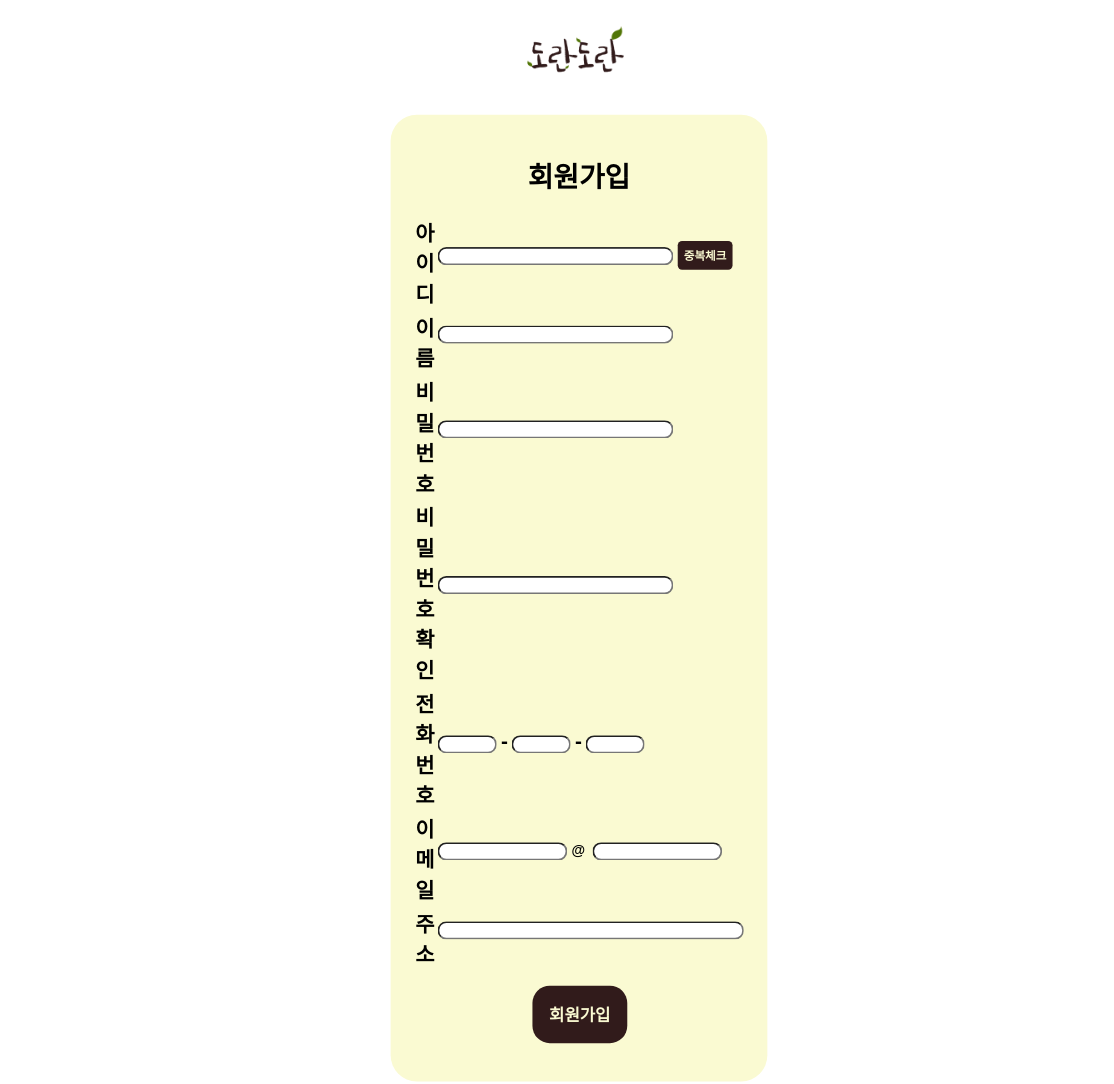
Repository: juhyun110701/DORANDORAN
Page: http://localhost/dorandoran/signup.jsp
The author's editor kept a copy of each file at every save. The page is drawn from the files as they stood at one save, then again after the next save.
The browser window is 1280 px wide. The pictures show the whole page, at 87% of full size.
Some web fonts or font styles are not loaded; a fallback is used. The page is served by Tomcat 9. Nobody is signed in. The application's start-up code is not run. Other server files are loaded and not shown.

Above is the page before, as saved 2019-07-21 12:23:15.

### dorandoran/WebContent/signup.jsp
<%@ page language="java" contentType="text/html; charset=UTF-8"
    pageEncoding="UTF-8" import="java.sql.*"%>
<%@ page import="doran.db.connection.DBConnection" %>
<!DOCTYPE html>
<html>
<head>
    <meta charset="UTF-8">
    <title>도란도란 : 회원가입</title>
    <link rel="stylesheet" href="css/signup.css">
    <link href="https://fonts.googleapis.com/css?family=Sunflower:300&display=swap" rel="stylesheet">
    <style>
    	.btn2{
    		background-color:#311b1b;
    		color:lightgoldenrodyellow;
    		border:0;
			outline:0;
			border-radius:5px;
			padding:2%;
    	}
    </style>
    <script>
	    var pattern1 = /[0-9]/;
	    var pattern2 = /[a-zA-Z]/;
	    var pattern3 = /[*!%@#^]/;
	    var pattern4=/[~\$<>&]/;
	    var pw_msg = "";

	    window.onload=function(){
			document.form.id.focus();
		}

	    function inputIdChk(){
	    	document.form.idDuplication.value="uncheck";
	    }

	    function idchk(inputid){
	    	if(document.form.id.value==""){
				alert("아이디를 입력해주세요");
				document.form.id.focus();
				return;
			}
	    	window.name="form";
	    	var popupX = (window.screen.width/2)-(400/2);
	    	var popupY= (window.screen.height/2)-(200/2);
	    	window.open("idDupChk.jsp?id="+document.form.id.value,"chkForm","width=400, height=200, resizable=no, scrollbars=no, left="+popupX+", top="+popupY);
	    }

	    function check(){
			if(document.form.id.value==""){
				alert("아이디를 입력해주세요");
				document.form.id.focus();
				return;
			}

			/*if(document.form.idDuplication.value=="uncheck"){
				alert("아이디 중복을 확인해주세요");
				return;
			}*/

			if(document.form.pw.value==""){
				alert("비밀번호를 입력해주세요");
				document.form.pw.focus();
				return;
			}
			if(document.form.pwchk.value==""){
				alert("비밀번호 확인란을 입력해주세요");
				document.form.pwchk.focus();
				return;
			}
			if(document.form.tel1.value=="" || document.form.tel2.value=="" || document.form.tel3.value==""){
				alert("전화번호를 입력해주세요");
				document.form.tel1.focus();
				return;
			}
			if(document.form.email1.value=="" || document.form.email2.value==""){
				alert("이메일을 입력해주세요");
				document.form.email1.focus();
				return;
			}
			if(pattern4.test(document.form.pw.value)){
				alert("특수문자는 *, !, %, @, #, ^만 사용이 가능합니다");
				return;
			}
			if(!pattern1.test(document.form.pw.value)||!pattern2.test(document.form.pw.value)||!pattern3.test(document.form.pw.value)||document.form.pw.value.length<8||document.form.pw.value.length>50){
	            alert("영문+숫자+특수기호 8자리 이상으로 구성하여야 합니다.");
	            return;
	        }
			if(document.form.pw.value !=document.form.pwchk.value){
				alert("비밀번호와 비밀번호 확인이 일치하지 않습니다");
				return;
			}

			document.forms['form'].submit();
		}//function check()
    </script>
</head>
<body onload="form.id.focus()">
<form name="form" action="signupProc.jsp" method="post">
    <table id="whole">
        <tr>
            <td width="47%"></td>
            <td width="12%"><a href="index.jsp"><img src="img/logo.png" width="80%"></a></td>
            <td width="41%"></td>
        </tr>
        <tr>
           <td colspan=3>
               <div id="box" align="center">
                   <h1>회원가입</h1>
                   <p/>
                   <table>
                      <tr>
                          <td>
                               <font size="5%">아이디</font>
                          </td>
                          <td>
                              <input type="text" name="id" class="text" size=30 onkeydown="inputIdChk()">
                              <input type="button" class="btn2" value="중복체크" onclick="idchk(this.form)"><p>
                              <!-- <input type="hidden" name="idDuplication" value="uncheck"> -->
                          </td>
                       </tr>
                       <tr>
                          <td>
                               <font size="5%">이름</font>
                          </td>
                          <td>
                              <input type="text" name="name" class="text" size=30><p>
                          </td>
                       </tr>
                       <tr>
                            <td>
                                <font size="5%">비밀번호</font>
                            </td>
                            <td>
                                <input type="password" name="pw" class="text" size=30><p>
                            </td>
                       </tr>
                       <tr>
                            <td>
                                <font size="5%">비밀번호 확인</font>
                            </td>
                            <td>
                                <input type="password" name="pwchk" class="text" size=30><p>
                            </td>
                       </tr>
                       <tr>
                            <td>
                                <font size="5%">전화번호</font>
                            </td>
                            <td>
                                <input type="tel" name="tel1" class="text" size=5> <font size="5%">-</font>
                                <input type="tel" name="tel2" class="text" size=5> <font size="5%">-</font>
                                <input type="tel" name="tel3" class="text" size=5><p>
                            </td>
                       </tr>
                       <tr>
                            <td>
                                <font size="5%">이메일</font>
                            </td>
                            <td>
                                <input type="email" name="email1" class="text" size=15><font size="3%">&nbsp;@&nbsp;</font>
                                <input type="email" name="email2" class="text" size=15><p>
                            </td>
                       </tr>
                       <tr>
                            <td>
                                <font size="5%">주소</font>
                            </td>
                            <td>
                                <input type="text" name="address" class="text" size=40><p>
                            </td>
                       </tr>
                       <tr>
                           <td colspan=2 align="center">
                           	<p>
                           	<input type="button" id="signup" class="btn" value="회원가입" onclick="check()">
                           </td>
                       </tr>
                   </table>

               </div>
           </td>
        </tr>
    </table>
</form>
</body>
</html>

### dorandoran/WebContent/css/signup.css
body{
    margin:0;
}

*{
    font-family: 'Sunflower', sans-serif;
    font-weight:bold;
}

#whole{
    width:100%;
    height:100%;
}

a{
    text-decoration: none;
}

#box{
    background-color:lightgoldenrodyellow;
    border-radius:30px;
    width:30%;
    margin-left: 35%;
    padding:2%;
}

.text{
	border-radius:10px;q
	border:0;
	outline:0;
	padding-left:5px;
}

.btn{
	background-color:#311b1b;
	color:lightgoldenrodyellow;
	border-radius:20px;
	border:0;
	outline:0;
	padding:5%;
	font-size:120%;
}

#forget{
	color:#311b1b;
	padding-top:15%;
}

After the next save:
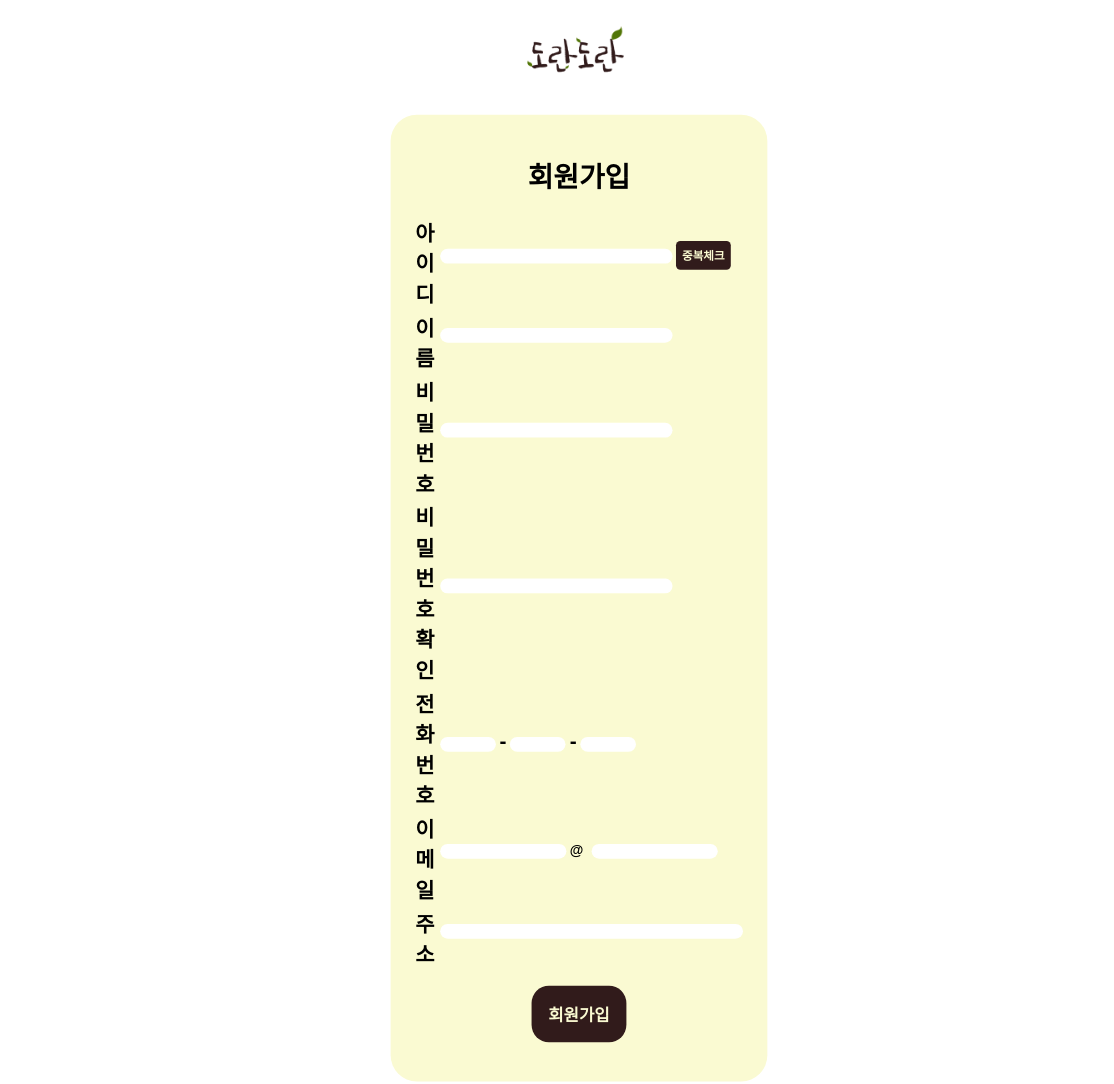
Saved 22 h 45 min later.
--- a/dorandoran/WebContent/css/signup.css
+++ b/dorandoran/WebContent/css/signup.css
@@ -25,7 +25,7 @@ a{
 }
 
 .text{
-	border-radius:10px;q
+	border-radius:10px;
 	border:0;
 	outline:0;
 	padding-left:5px;
